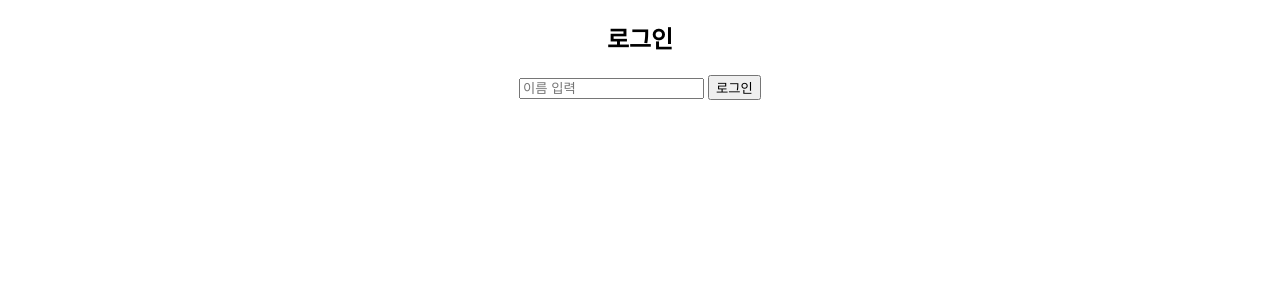
Repository: kiyongee2/space_jspworks
Page: http://localhost/jweb01/cart/loginForm.jsp
These files come from the project's save history. The page is drawn as it stood at one moment and after the next save; the edit follows.
The browser window is 1280 px wide. The pictures show the whole page.
The page is served by Tomcat 10. Other server files are loaded and not shown.

Above is the page before, as saved 2025-10-13 03:05:18.

### jweb01/src/main/webapp/cart/loginForm.jsp
<%@ page language="java" contentType="text/html; charset=UTF-8"
    pageEncoding="UTF-8"%>
<!DOCTYPE html>
<html>
<head>
<meta charset="UTF-8">
<title>로그인 폼</title>
<style>
	#container{width: 80%; margin: 0 auto; text-align: center;}
</style>
</head>
<body>
	<section id="container">
		<h2>로그인</h2>
		<form action="selProduct.jsp" method="post">
			<p>
				<input type="text" name="username" placeholder="이름 입력">
				<input type="submit" value="로그인">
			</p>
		</form>
	</section>
</body>
</html>

After the next save:
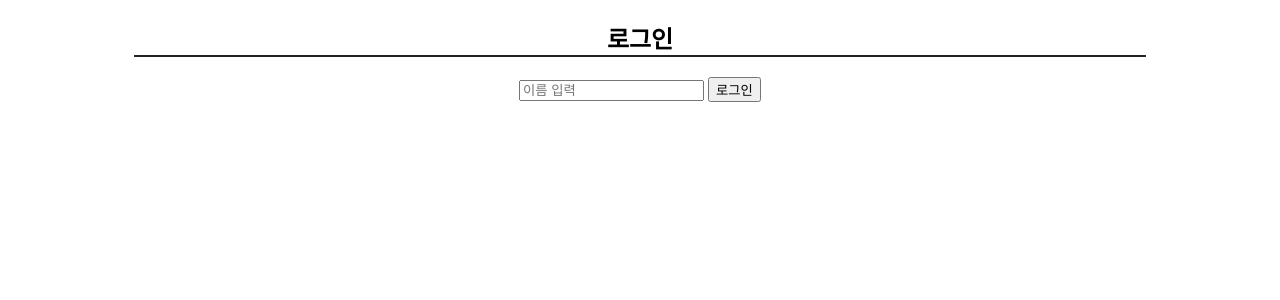
Saved 38 s later.
--- a/jweb01/src/main/webapp/cart/loginForm.jsp
+++ b/jweb01/src/main/webapp/cart/loginForm.jsp
@@ -7,6 +7,7 @@
 <title>로그인 폼</title>
 <style>
 	#container{width: 80%; margin: 0 auto; text-align: center;}
+	h2{border-bottom: 2px solid #222;}
 </style>
 </head>
 <body>
